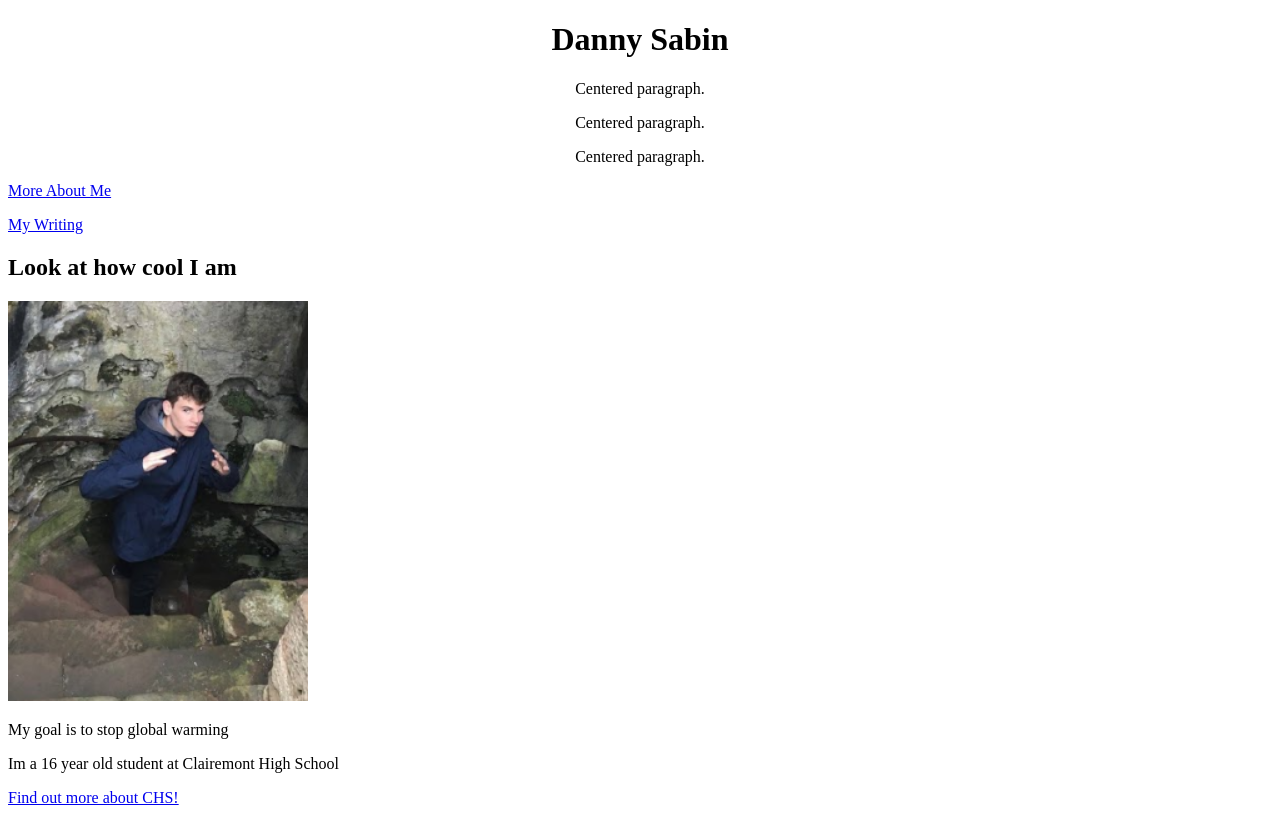
Repository: Danny3212/Danny3212.github.io
Page: index.html
The author's editor kept a record of every edit. The page is drawn from the files as they stood at one moment, then again after the next edit.
The browser window is 1280 px wide. The pictures show the whole page.

Above is the page before.

### index.html
<!DOCTYPE html>
<html>
<body>
<h1 style="text-align:center;">Danny Sabin</h1>
<p style="text-align:center;">Centered paragraph.</p>
<p style="text-align:center;">Centered paragraph.</p>
<p style="text-align:center;">Centered paragraph.</p>
<p></p>
<p><a href="danny.html">More About Me</a></p>
<p><a href="writing.html">My Writing</a></p>


<h2>Look at how cool I am </h2>
<img src="images/Danny background.PNG" alt="Karate Man" width="300" height="400">
<p>My goal is to stop global warming</a></p>
<p>Im a 16 year old student at Clairemont High School</p>
<a href="https://www.sandiegounified.org/schools/clairemont/" target="_blank"> Find out more about CHS!</a>

</body>
</html>

After the next edit:
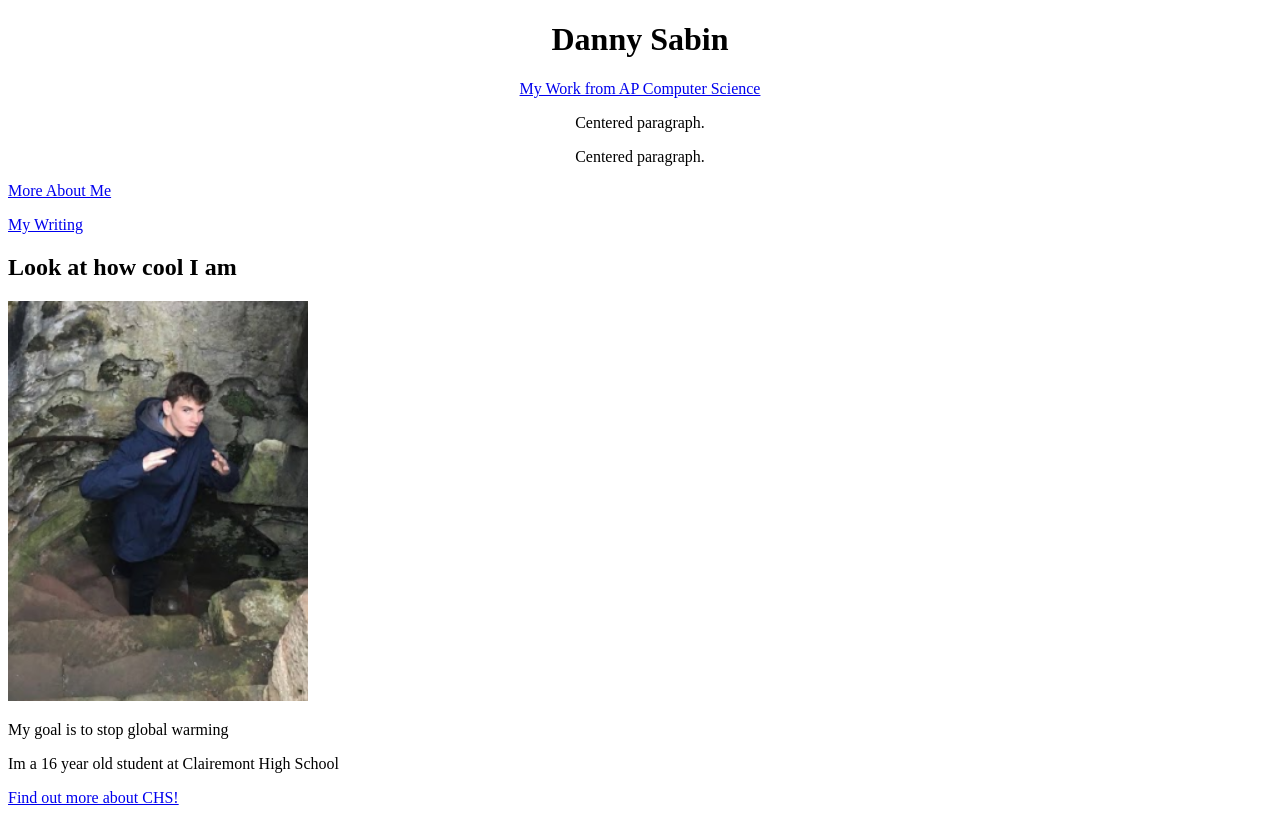
The edit:
--- a/index.html
+++ b/index.html
@@ -2,7 +2,7 @@
 <html>
 <body>
 <h1 style="text-align:center;">Danny Sabin</h1>
-<p style="text-align:center;">Centered paragraph.</p>
+<p style="text-align:center;"><a href="apcs.html">My Work from AP Computer Science</a></p>
 <p style="text-align:center;">Centered paragraph.</p>
 <p style="text-align:center;">Centered paragraph.</p>
 <p></p>
